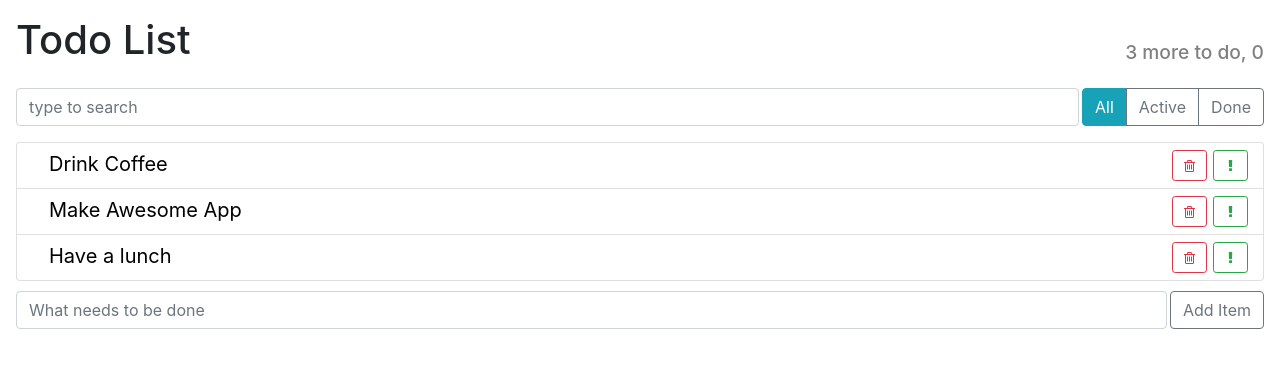
Repository: max535/react-todo-list
Page: /
These files come from the project's save history. The page is drawn as it stood at one moment and after the next save; the edit follows.
The browser window is 1280 px wide. The pictures show the whole page.
The project was rebuilt for these pictures with package versions that can differ from the ones it lists, and the page was loaded fresh each time.

Above is the page before, as saved 2022-01-22 21:03:24.

### public/index.html
<!DOCTYPE html>
<html>

<head>
  <meta charset="utf-8" />
  <meta
    name="viewport"
    content="width=device-width, initial-scale=1"
  >
  <link
    rel="stylesheet"
    href="https://stackpath.bootstrapcdn.com/font-awesome/4.7.0/css/font-awesome.min.css"
  >
  <link
    rel="stylesheet"
    href="https://stackpath.bootstrapcdn.com/bootstrap/4.1.3/css/bootstrap.min.css"
  >
  <title>Todo App</title>
</head>

<body>
  <div id="root"></div>
</body>

</html>

### src/index.js
import React from 'react';
import ReactDOM from 'react-dom';

import { App } from './components/App';

ReactDOM.render(<App />, document.getElementById('root'));

### src/components/App/index.jsx
import React from 'react';

import { AppHeader } from '../AppHeader';
import { SearchPanel } from '../SearchPanel';
import { TodoList } from '../TodoList';
import { ItemStatusFilter } from '../ItemStatusFilter/index.jsx';
import { ItemAddForm } from '../ItemAddForm';

import './App.css';

export class App extends React.Component {
    maxId = 100;

    state = {
        todoData: [
            this.createTodoItem('Drink Coffee'),
            this.createTodoItem('Make Awesome App'),
            this.createTodoItem('Have a lunch'),
        ],
        term: '',
        filter: 'all',
    };

    createTodoItem(label) {
        return {
            label,
            important: false,
            done: false,
            id: this.maxId++,
        }
    }

    deleteItem = (id) => {
        this.setState(({todoData}) => {
            const idx = todoData.findIndex((el) => el.id === id);

            const newArray = [
                ...todoData.slice(0, idx),
                ...todoData.slice(idx + 1),
            ];

            return {
                todoData: newArray,
            };
        });
    };

    addItem = (text) => {
        const newItem = this.createTodoItem(text);

        this.setState(({todoData}) => {
            const newArr = [
                ...todoData,
                newItem,
            ];

            return {
                todoData: newArr,
            };
        });
    };

    toggleProperty(arr, id, propName) {
        const idx = arr.findIndex((el) => el.id === id);

        const oldItem = arr[idx];
        const newItem = {...oldItem, [propName]: !oldItem[propName]};

        return [
            ...arr.slice(0, idx),
            newItem,
            ...arr.slice(idx + 1),
        ];
    }

    onToggleDone = (id) => {
        this.setState(({todoData}) => {
            return {
                todoData: this.toggleProperty(todoData, id, 'done'),
            };
        });
    };

    onToggleImportant = (id) => {
        this.setState(({todoData}) => {
            return {
                todoData: this.toggleProperty(todoData, id, 'important'),
            };
        });
    };

    onSearchChange = (term) => {
        this.setState({term});
    };

    onFilterChange = (filter) => {
        this.setState({filter});
    };

    search(items, term){
        if (term.length === 0) {
            return items;
        }

        return items.filter((item) => {
            return item.label.toLowerCase().indexOf(term.toLowerCase()) > -1;
        });
    };

    filter(items, filter) {
        switch(filter) {
            case 'all':
                return items;
            case 'active':
                return items.filter((item) => !item.done);
            case 'done':
                return items.filter((item) => item.done);
            default:
                return items;
        }
    }

    render() {
        const {todoData, term, filter} = this.state;

        const visibleItems = this.filter(this.search(todoData, term), filter);

        const doneCount = todoData.filter((el) => el.done).length;
        const todoCount = todoData.length - doneCount;

        return (
            <div className="todo-app">
                <AppHeader toDo={todoCount} done={doneCount} />
                <div className="top-panel d-flex">
                    <SearchPanel
                        onSearchChange={this.onSearchChange}
                    />
                    <ItemStatusFilter
                        filter={filter}
                        onFilterChange={this.onFilterChange}
                    />
                </div>

                <TodoList
                    todos={visibleItems}
                    onDeleted={this.deleteItem}
                    onToggleImportant={this.onToggleImportant}
                    onToggleDone={this.onToggleDone}
                />

                <ItemAddForm onItemAdded={this.addItem} />
            </div>
        );
    }
};

### src/components/AppHeader.jsx
import React from 'react';

import './AppHeader.css';

export const AppHeader = ({toDo, done}) => {
    return (
        <div className="app-header d-flex">
            <h1>Todo List</h1>
            <h2>{toDo} more to do, {done}</h2>
        </div>
    );
};

### src/components/SearchPanel.jsx
import React from 'react';

import './SearchPanel.css';

export const SearchPanel = () => {
    return (
        <input
            type="text"
            className="form-control search-input"
            placeholder="type to search"
        />
    );
}

### src/components/TodoList.jsx
import React from 'react';

import { TodoListItem } from './TodoListItem';

import './TodoList.css';

export const TodoList = ({todos}) => {

    const elements = todos.map((item) => {
        const {id, ...itemProps} = item;

        return (
            <li key={id} className="list-group-item">
                <TodoListItem {...itemProps} />
            </li>
        );
    });

    return (
        <ul className="list-group todo-list">
            {elements}
        </ul>
    );
};

### src/components/ItemStatusFilter/index.jsx
import React from 'react';

import './ItemStatusFilter.css';

export class ItemStatusFilter extends React.Component {
    buttons = [
        { name: 'all', label: 'All' },
        { name: 'active', label: 'Active' },
        { name: 'done', label: 'Done' },
    ];

    render() {
        const { filter, onFilterChange } = this.props;

        const buttons = this.buttons.map(({ name, label }) => {
            const isActive = filter === name;
            const clazz = isActive ? 'btn-info' : 'btn-outline-secondary';

            return (
                <button
                    type="button"
                    className={`btn ${clazz}`}
                    key={name}
                    onClick={() => onFilterChange(name)}
                >
                    {label}
                </button>
            );
        });

        return (
            <div className="btn-group">
                {buttons}
            </div>
        );
    }
};

### src/components/ItemAddForm/index.jsx
import React from 'react';

import './ItemAddForm.css';

export class ItemAddForm extends React.Component {
    state = {
        label: '',
    };

    onLabelChange = (e) => {
        this.setState({
            label: e.target.value,
        });

    };

    onSubmit = (e) => {
        this.props.onItemAdded(this.state.label);
        e.preventDefault();
        this.setState({
            label: '',
        });
    };

    render() {
        return (
            <form
                className="item-add-form d-flex"
                onSubmit={this.onSubmit}
            >
                <input
                    type="text"
                    className="form-control"
                    onChange={this.onLabelChange}
                    placeholder="What needs to be done"
                    value={this.state.label}
                />
                <button className="btn btn-outline-secondary">Add Item</button>
            </form>
        );
    }
};

### src/components/App/App.css
.todo-app {
    margin: 1rem;

}

.top-panel {
    margin: 1rem 0;
}

### src/components/SearchPanel.css
.search-input {
    width: auto;
    flex-grow: 1;
    margin-right: 3px;
}

### src/components/TodoListItem.jsx
import React from 'react';

import './TodoListItem.css';

export const TodoListItem = ({label, important = false}) => {

    const style = {
        color: important ? 'tomato' : 'black',
        fontWeight: important ? 'bold' : 'normal'
    };

    return (
        <span className="todo-list-item">
            <span
                className="todo-list-item-label"
                style={style}
            >
                {label}
            </span>

            <button
                type="button"
                className="btn btn-outline-success btn-sm float-right"
            >
                <i className="fa fa-exclamation" />
            </button>

            <button
                type="button"
                className="btn btn-outline-danger btn-sm float-right"
            >
                <i className="fa fa-trash-o" />
            </button>
        </span>
    );
};

### src/components/ItemAddForm/ItemAddForm.css
.item-add-form {
    margin-top: 10px;
}

.item-add-form input {
    margin-right: 3px;
}

Loaded but not shown: src/components/AppHeader.css (common file); src/components/TodoList.css (common file); src/components/TodoListItem.css (common file); src/components/ItemStatusFilter/ItemStatusFilter.css (no stored copy; drawn as an empty file)

After the next save:
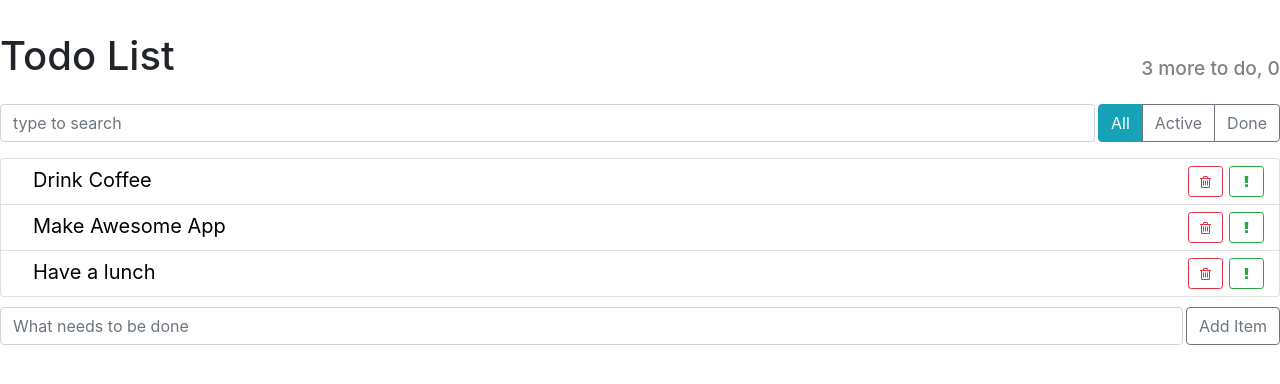
Saved 81 s later.
--- a/src/components/App/App.css
+++ b/src/components/App/App.css
@@ -1,6 +1,5 @@
 .todo-app {
-    margin: 1rem;
-
+    margin: 2rem auto 0 auto;
 }
 
 .top-panel {
